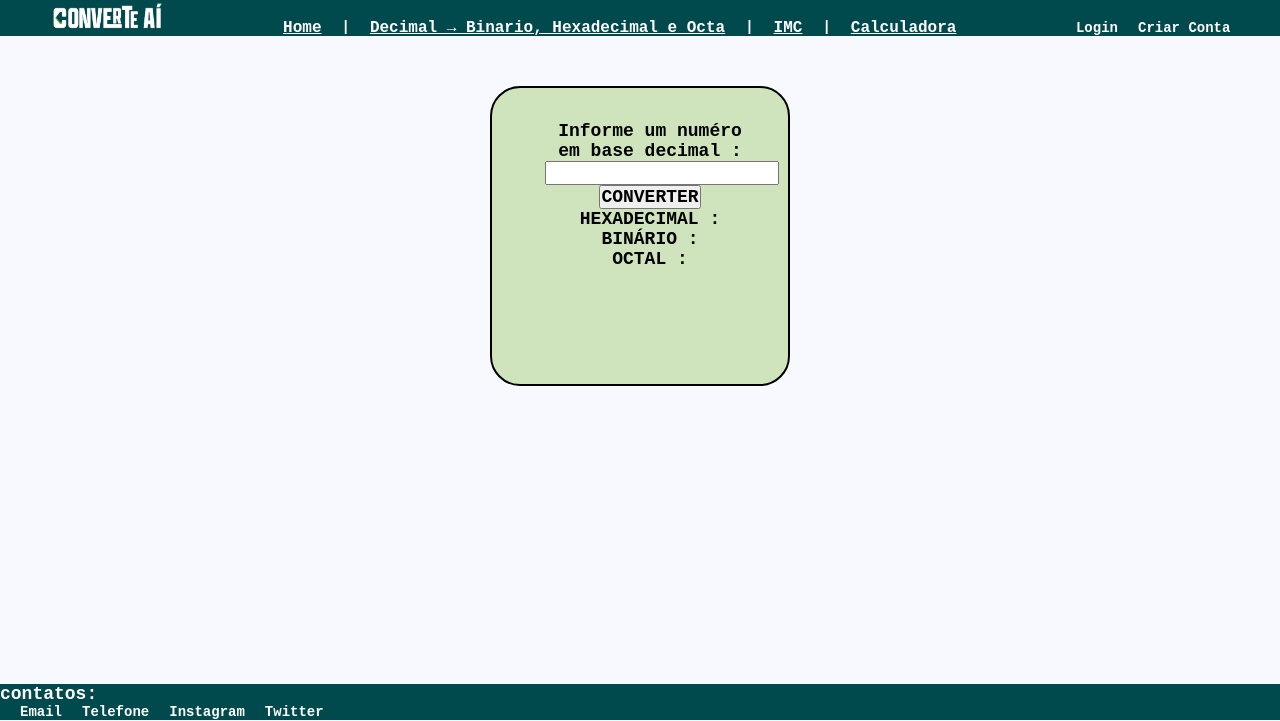
Repository: Frav1u/converteai
Page: ConverteAi/src/main/webapp/decimalParaBinario.html
An editor plug-in stored every save of this project. The page is shown before and after the next save, followed by the edit.
The browser window is 1280 px wide. The pictures show the whole page.
Some web fonts or font styles are not loaded; a fallback is used.

Above is the page before, as saved 2023-10-01 19:37:14.

### ConverteAi/src/main/webapp/decimalParaBinario.html
<!DOCTYPE html>
<html>
<head>
	<meta charset="UTF-8">
<title>Decimal Para Binario</title>
<link href="https://fonts.googleapis.com/css2?family=Inter:wght@400;700&family=Space+Mono:wght@400;700&display=swap"
        rel="stylesheet">
    <link rel="stylesheet" href="descparabina.css">
    <link href='https://unpkg.com/boxicons@2.1.4/css/boxicons.min.css' rel='stylesheet'>
</head>
<body>
		<header>
<img class="img" src="logo.png">
		<nav>
			<ul class="menu">
				<li><a href="home.html">Home</a></li>
				<li>  |  </li>
				<li><a href="decimalParaBinario.html">Decimal → Binario, Hexadecimal e Octa</a></li>
				<li>  |  </li>
				<li><a href="imc.html">IMC</a></li>
				<li>  |  </li>
				<li><a href="calculadora.html">Calculadora</a></li>
			</ul>
		</nav>
			<ul class="conta">
			<li>Login</li>
			<li>Criar Conta</li>
		</ul>
	</header>
	<main class="conversorBase">
		<div class="caixa">
	    <ul class="ulconversor">
        <li class="inputs">
            <p class="infoInput">Informe um numéro em base decimal :</p>
            <input type="text" class="entrada" onkeypress="return event.charCode >= 48 && event.charCode <= 57">
            <button type="button"class="converter" id="converter">CONVERTER</button>
        </li>
        <li class="outputs">
            <p class="infoHexa">HEXADECIMAL :</p>
            <p class="resultadoHexa" id="resultadoHexa"></p>
            <p class="infoBinario">BINÁRIO :</p>
            <p class="resultadoBinario" id="resultadoBinario"></p>
            <p class="infoOctal">OCTAL :</p>
            <p class="resultadoOctal" id="resultado"></p>
            </ul>
        </li>
        </div>
	</main>


	<footer>
		<a>contatos: </a>
		<ul class="contatos">
			<li>Email</li>
			<li>Telefone</li>
			<li>Instagram</li>
			<li>Twitter</li>
		</ul>

	</footer>
	 <script src="conversorlogica.js"></script>
</body>

</html>

### ConverteAi/src/main/webapp/descparabina.css

* {
    margin: 0;
    padding: 0;
    box-sizing: border-box;
    font-family: 'Apotek Bold', monospace;
    font-weight: 600;
    font-size: 18px;
    outline: none;
}

body{
	background-color:  ghostwhite
}
.logo{
	color: white;
}

li{
	font-size: 14px;
	margin-left: 20px;

}

header{
	background-color: hsl(183, 100%, 15%);
	color: white;
	height: 5vh;
    color: inherit;
    display: flex;
    display: flex;
    justify-content: center;
    align-items: center;
    justify-content: space-evenly;
}

.contatos{
	display: flex;
	list-style: none;
}

footer{
	background-color: hsl(183, 100%, 15%);
	color: white;
	height: 5vh;


}


.menu{
	color: white;
	display: flex;
	margin-top: 20px;
	margin-left: 50px;
	list-style: none;

}

.conta{
	color: white;
	display: flex;
	margin-top: 20px;
	margin-left: 50px;
	list-style: none;
}

.menu a {
	color: white;
	font-size: 16px;

}


nav{
	display: flex;
	justify-content: center;
	align-items: center;
}


main{
	height: 90vh;
	text-align: center;
	padding-top: 30px;
}


conversorBase{
	display: flex;
    justify-content: center;
    display: flex;
    justify-content: center;
    align-items: center;
    background-color: green;
    list-style: none;
}
.caixa{
	height: 300px;
	width: 300px;
	background-color: #CFE4BC;
	border: 2px solid black;
	margin: 20px auto;
	border-radius: 30px;

	}

.ulconversor{
	list-style: none;
	padding: 33px;

}
.logo{
	color: white;
}


.resultadoBinario{
	color: white;

}
.resultadoOctal{
	color: white;

}
.resultadoHexa{
	color: white;
}

.img{
	width: 114px;
	}

### ConverteAi/src/main/webapp/conversorlogica.js

const hex_code = {
    0: "0",
    1: "1",
    2: "2",
    3: "3",
    4: "4",
    5: "5",
    6: "6",
    7: "7",
    8: "8",
    9: "9",
    10: "A",
    11: "B",
    12: "C",
    13: "D",
    14: "E",
    15: "F"
}

function decimal_para_binario(decimal) {
    let convertido = ""
    while (decimal != 1) {
        convertido += String(decimal % 2)
        decimal = Math.floor(decimal / 2)
    }
    convertido += "1"
    return convertido.split("").reverse().join("")
}


function decimal_para_octal(decimal) {
    let convertido = ""
    while (decimal > 8) {
        convertido += String(decimal % 8)
        decimal = Math.floor(decimal / 8)
    }
    convertido += String(decimal)
    return convertido.split("").reverse().join("")

}


function decimal_para_hexadecimal(decimal) {
    let convertido = ""

    while (decimal > 16) {
        convertido += hex_code[decimal % 16]
        decimal = Math.floor(decimal / 16)
    }
    convertido += hex_code[decimal]
    return convertido.split("").reverse().join("")

}

const botao = document.getElementById("converter")

botao.addEventListener("click", calcular)

function calcular() {
    const entrada = document.querySelector(".entrada").value
    if (entrada <= 0) {
        alert("Informe uma número maior que 0 ")
        return
    }
    document.querySelector(".resultadoBinario").innerText = decimal_para_binario(entrada)
    document.querySelector(".resultadoHexa").innerText = "#" + decimal_para_hexadecimal(entrada)
    document.querySelector(".resultadoOctal").innerText = decimal_para_octal(entrada)

}

After the next save:
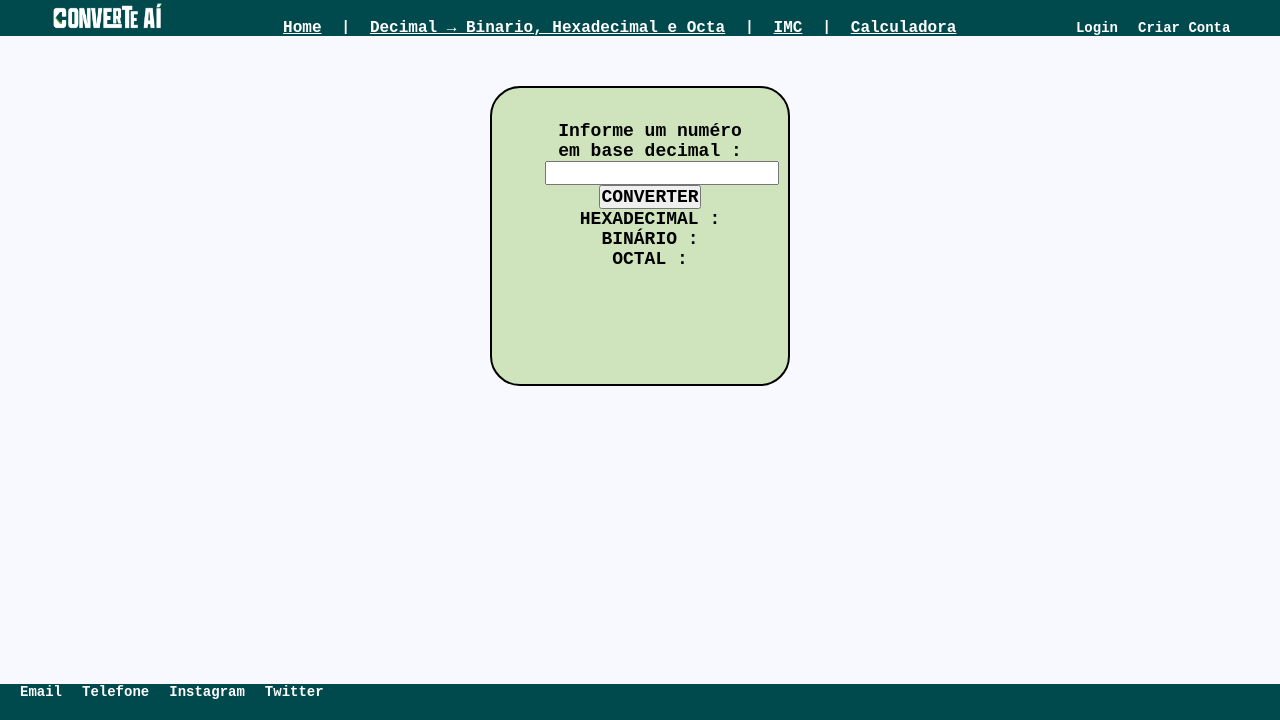
Saved 6 s later.
--- a/ConverteAi/src/main/webapp/decimalParaBinario.html
+++ b/ConverteAi/src/main/webapp/decimalParaBinario.html
@@ -49,7 +49,6 @@
 
 
 	<footer>
-		<a>contatos: </a>
 		<ul class="contatos">
 			<li>Email</li>
 			<li>Telefone</li>
